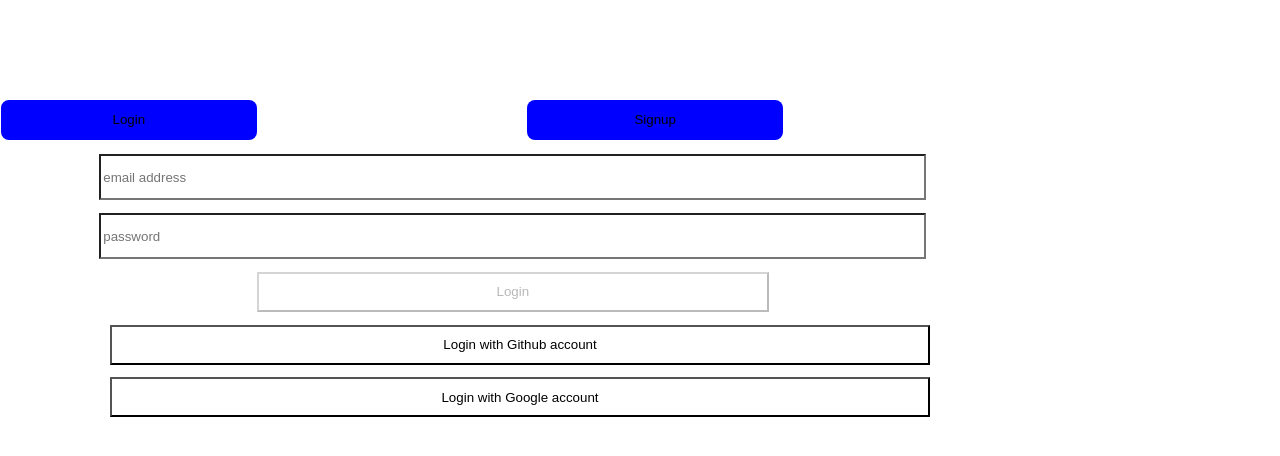
Repository: ValGrace/static-site-generator
Page: / (app in client-frontend/)
An editor plug-in stored every save of this project. The page is shown before and after the next save, followed by the edit.
The browser window is 1280 px wide. The pictures show the whole page.
The project was rebuilt for these pictures with package versions that can differ from the ones it lists, and the page was loaded fresh each time. Also part of the build but not shown: client-frontend/vite.config.js, client-frontend/src/Components/Signup.jsx, client-frontend/src/App.css.

Above is the page before, as saved 2023-02-04 13:08:51.

### client-frontend/index.html
<!DOCTYPE html>
<html lang="en">
  <head>
    <meta charset="UTF-8" />
    <link rel="icon" type="image/svg+xml" href="/vite.svg" />
    <meta name="viewport" content="width=device-width, initial-scale=1.0" />
    <title>Static Site Generator</title>
  </head>
  <body>
    <div id="root"></div>
    <script type="module" src="/src/main.jsx"></script>
  </body>
</html>

### client-frontend/src/App.jsx
import Dashboard from './Pages/Dashboard'
import './App.css'

function App() {


  return (
    <div className="App">
      <Dashboard />
    </div>
  )
}

export default App

### client-frontend/src/index.css
:root {
  font-family: Inter, system-ui, Avenir, Helvetica, Arial, sans-serif;
  line-height: 1.5;
  font-weight: 400;

  color-scheme: light dark;
  color: rgba(255, 255, 255, 0.87);
  background-color: #ffffff;

  font-synthesis: none;
  text-rendering: optimizeLegibility;
  -webkit-font-smoothing: antialiased;
  -moz-osx-font-smoothing: grayscale;
  -webkit-text-size-adjust: 100%;
}

### client-frontend/src/Pages/Dashboard.jsx
import React, { useReducer} from 'react'
import Login from '../Components/Login'
import Signup from '../Components/Signup'

const initialState = {page : <Login />}
function reducer(state, action) {
    switch(action.type) {
        case 'loginpage':
          return { page: <Login />}
        case 'signuppage':
            return { page: <Signup />}
        default:
            return { page: <h2>Loading....</h2>}
    }
}
const Dashboard = () => {
    const [state, dispatch] = useReducer(reducer, initialState)
    return (
        <>
         <h2>Static Site Generator</h2>
         <div>Static site Image</div>
         <div className='dash' id='dash'>
            <div className='toggleForms'>
                <button onClick={() => dispatch({type: 'loginpage'})} className="type-btn">Login</button>
                <button onClick={() => dispatch({type: 'signuppage'})
                } className="type-btn">Signup</button>
            <React.Fragment>{state.page}</React.Fragment>
            </div>
            <button id="auth-btns">Login with Github account</button>
            <button id="auth-btns">Login with Google account</button>
         </div>
       </>
    )
}

export default Dashboard

### client-frontend/src/Components/Login.jsx
import { useRef, useState } from 'react'
import "./Inputs.css"
const Login = () => {
    const emailRef = useRef()
    const passwordRef = useRef()
    const [loading, setLoading] = useState(true)
    const LoginSession = () => {

    }
    return (
    <form onSubmit={LoginSession} className="signupForm">
        <input type='email' placeholder='email address' ref={emailRef} />
        <input type='password' placeholder='password' ref={passwordRef} />
        <button disabled={loading} type='submit' id='sign'>Login</button>
    </form>
    )
}

export default Login

### client-frontend/src/Components/Inputs.css
form, #dash {
    width: 80vw;
}
.signupForm, .dash {
   display: flex;
   flex-direction: column;
   justify-content: center;
   align-items: center;
   gap: 0.8em;
}

input, button {
    width: 80%;
    height: 3em;
    background-color: transparent;
}

#sign {
   width: 40vw;
}

.toggleForms {
    display: grid;
    grid-template-columns: 40vw 40vw;
    gap: 0.9em;
    justify-content: center;
    align-items: center;
}

.type-btn {
    background-color: blue;
    border: none;
    width: 20vw;
    border-radius: 8px;
}

Loaded but not shown: client-frontend/src/main.jsx (common file)

After the next save:
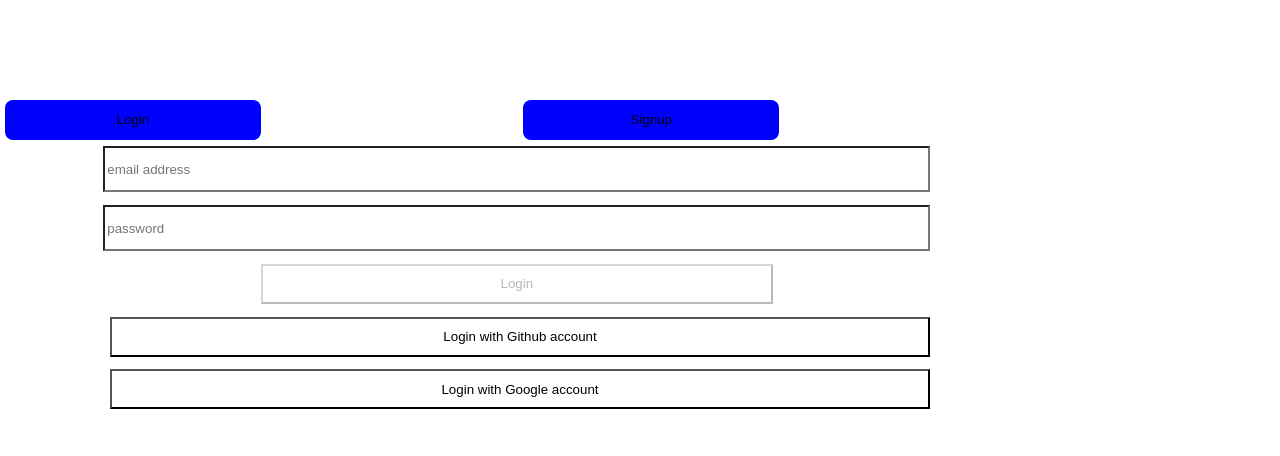
Saved 52 s later.
--- a/client-frontend/src/Components/Inputs.css
+++ b/client-frontend/src/Components/Inputs.css
@@ -22,7 +22,7 @@ input, button {
 .toggleForms {
     display: grid;
     grid-template-columns: 40vw 40vw;
-    gap: 0.9em;
+    gap: 0.4em;
     justify-content: center;
     align-items: center;
 }
